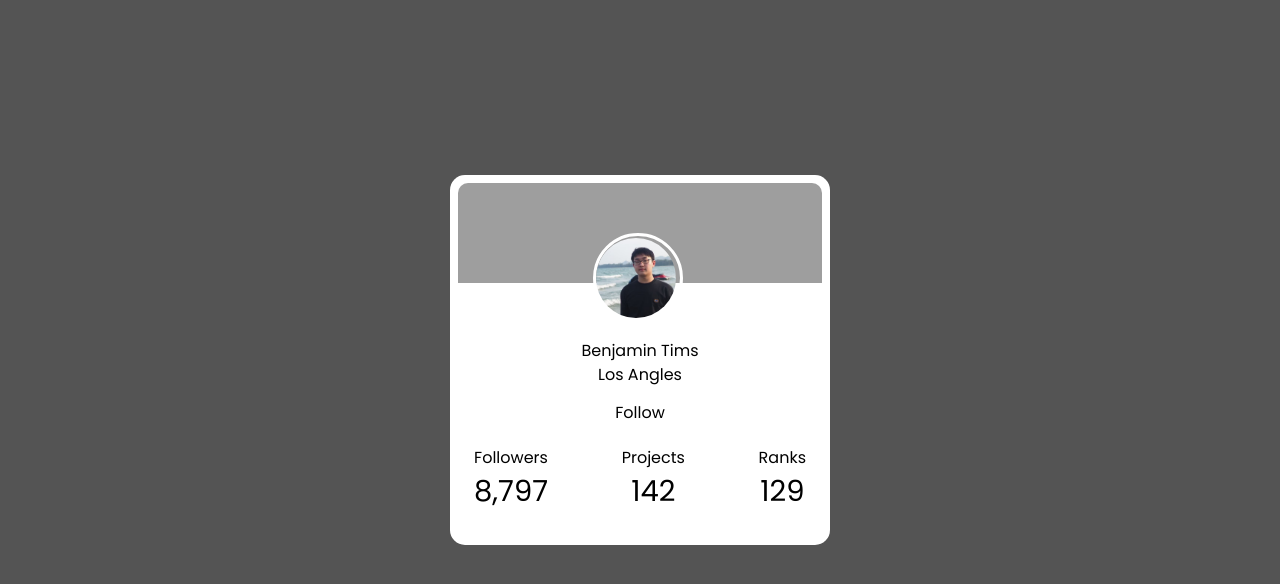
Repository: varotsk137/INT203_62130500080
Page: 62130500080_groupwork_2/myprofile.html
An editor plug-in stored every save of this project. The page is shown before and after a run of saves, followed by the edit.
The browser window is 1280 px wide. The pictures show the whole page.
Pictures or frames that could not be fetched are drawn as grey boxes.

Above is the page before, as saved 2021-02-03 10:55:42.

### 62130500080_groupwork_2/myprofile.html
<!DOCTYPE html>
<html lang="en">

<head>
  <meta charset="UTF-8" />
  <meta name="viewport" content="width=device-width, initial-scale=1.0" />
  <title>Basic Vue Js - HelloWorld App</title>

  <!-- https://google.github.io/material-design-icons/#icon-font-for-the-web -->
  <!-- Using via Google Web Fonts -->
  <link href="https://fonts.googleapis.com/icon?family=Material+Icons" rel="stylesheet" />

  <!-- https://tailwindcss.com/docs/installation -->
  <!-- Using Tailwind via CDN -->
  <link href="https://unpkg.com/tailwindcss@^2/dist/tailwind.min.css" rel="stylesheet" />

  <!-- https://v3.vuejs.org/guide/installation.html#release-notes -->
  <!-- Vue CDN -->
  <script src="https://unpkg.com/vue@next"></script>

  <style>
    @import url("https://fonts.googleapis.com/css2?family=Poppins:weight@100;200;300;400;500;600;700;800&display=swap");

    body {
      background-color: #545454;
      font-family: "Poppins", sans-serif;
      font-weight: 300
    }

    .container {
      height: 100vh
    }

    .card {
      width: 380px;
      border: none;
      border-radius: 15px;
      padding: 8px;
      background-color: #fff;
      position: relative;
      height: 370px
    }

    .upper {
      height: 100px
    }

    .upper img {
      width: 100%;
      border-top-left-radius: 10px;
      border-top-right-radius: 10px
    }

    .user {
      position: relative
    }

    .profile img {
      height: 80px;
      width: 80px;
      margin-top: 2px
    }

    .profile {
      position: absolute;
      top: -50px;
      left: 37%;
      height: 90px;
      width: 90px;
      border: 3px solid #fff;
      border-radius: 50%
    }

    .follow {
      border-radius: 15px;
      padding-left: 20px;
      padding-right: 20px;
      height: 35px
    }

    .stats span {
      font-size: 29px
    }
  </style>
</head>

<body>
  <div id="app" class="container flex justify-center items-center">
    <div class="card">
      <div class="upper"> <img :src="bg" class="h-full"> </div>
      <div class="user text-center justify-center">
        <div class="profile"> <img :src="me" class="rounded-full" width="80"> </div>
      </div>
      <div class="mt-14 text-center">
        <h4 class="mb-0">Benjamin Tims</h4> <span class="text-muted block mb-2">Los Angles</span> <button
          class="btn btn-primary btn-sm follow">Follow</button>
        <div class="flex justify-between items-center mt-4 px-4">
          <div class="stats">
            <h6 class="mb-0">Followers</h6> <span>8,797</span>
          </div>
          <div class="stats">
            <h6 class="mb-0">Projects</h6> <span>142</span>
          </div>
          <div class="stats">
            <h6 class="mb-0">Ranks</h6> <span>129</span>
          </div>
        </div>
      </div>
    </div>
  </div>

  <!-- my main.js -->
  <script src="./profile.js"></script>
</body>

</html>

### 62130500080_groupwork_2/profile.js
const app = {
    data() {
        return {
                bg: "./images/bg.png"
            ,   me: "./images/me.jpg"

        }
    }
    ,created() {
        console.log("message is: "+this.msg)
    }
    , updated (){
        console.log("message change to: "+this.msg)
    }


}


var mountedApp = Vue.createApp(app).mount('#app');

After the next 2 saves:
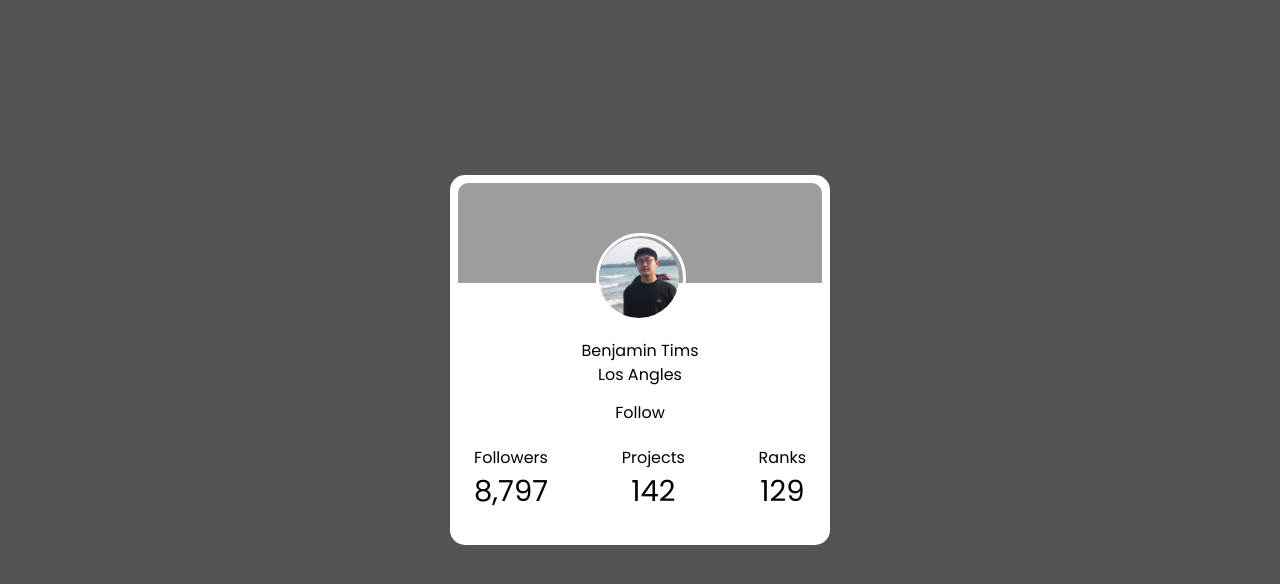
The 2 saves are shown as one change because they came seconds apart.
The last was saved 8 s later.
--- a/62130500080_groupwork_2/myprofile.html
+++ b/62130500080_groupwork_2/myprofile.html
@@ -64,7 +64,7 @@
     .profile {
       position: absolute;
       top: -50px;
-      left: 37%;
+      left: 38%;
       height: 90px;
       width: 90px;
       border: 3px solid #fff;
